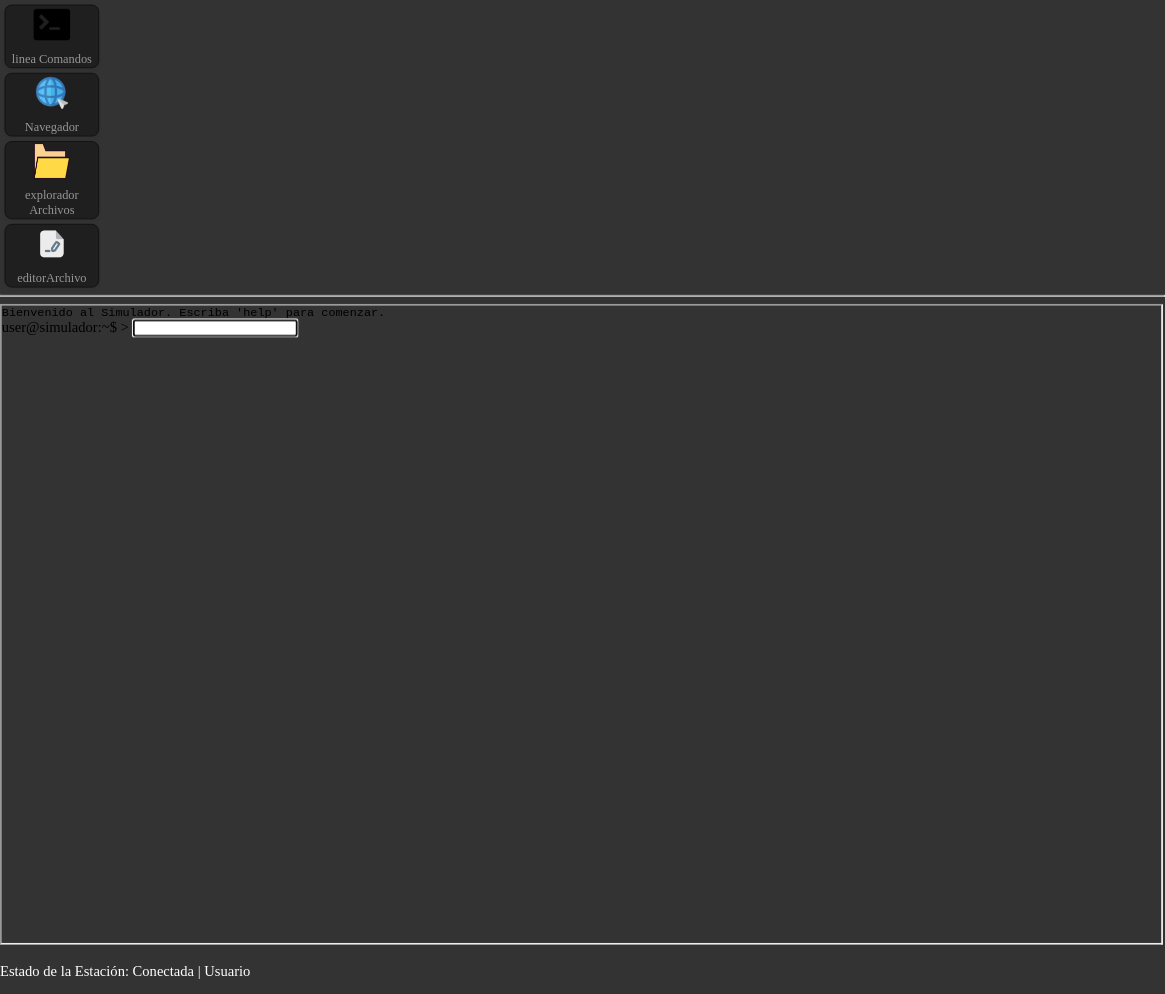
Repository: ValdezGalia/ProgramacionWebUcab
Page: lan-01.html
The author's editor kept a copy of each file at every save. The page is drawn from the files as they stood at one save, then again after the next save.
The browser window is 1280 px wide. The pictures show the whole page, at 91% of full size.

Above is the page before, as saved 2025-11-13 16:44:11.

### lan-01.html
<!DOCTYPE html>
<html lang="es">

<head>
    <meta charset="UTF-8">
    <meta name="viewport" content="width=device-width, initial-scale=1.0">
    <meta name="author" content="Orlando Valdez / Jenry Youssef / Oscar Torres">
    <link rel="stylesheet" href="/style/lan-01.css">
    <title>NetOps Workstation: Estación de Trabajo</title>
</head>

<body>
    <main id="workstation-container">

        <nav id="app-navigation" aria-label="Aplicaciones de la estación de trabajo">
            <ul id="app-list">
                <li><a href="#" data-tool="lineaComandos"><img src="assets/img/terminal.png" class="app-icon" alt="lineaComandos"><span>linea Comandos</span></a></li>
                <li><a href="#" data-tool="navegador"><img src="assets/img/navweb.png" class="app-icon" alt="Navegador"><span>Navegador</span></a></li>
                <li><a href="#" data-tool="exploradorArchivos"><img src="assets/img/exploarch.png" class="app-icon" alt="exploradorArchivos"><span>explorador Archivos</span></a></li>
                <li><a href="#" data-tool="editorArchivo"><img src="assets/img/editArchivo.png" class="app-icon" alt="editorArchivo"><span>editorArchivo</span></a></li>
            </ul>
        </nav>

        <hr>
        <!-- Contenedor de herramientas de forma dinamica y sostenible -->
        <section id="application-display">
            <iframe id="tool-iframe" src="pages/lineaComandos.html" sandbox="allow-scripts allow-same-origin"
                title="Aplicación interactiva" width="99.5%" height="700px"></iframe>
        </section>

    </main>

    <footer aria-label="Estado y Diagnóstico">
        <p>Estado de la Estación: Conectada | <span class="user">Usuario</span></p>
    </footer>

    <script>
        document.addEventListener('DOMContentLoaded', () => {
            const iframe = document.getElementById('tool-iframe');
            const navLinks = document.querySelectorAll('#app-list a');

            navLinks.forEach(link => {
                link.addEventListener('click', (event) => {
                    debugger
                    event.preventDefault();

                    const toolName = event.target.dataset.tool;
                    const newSrc = `pages/${toolName}.html`;

                    iframe.src = newSrc;

                    /*Esto aun no hace nada ya que aun no se implementa la logica que distige la clase active*/
                    navLinks.forEach(navLink => navLink.classList.remove('active'));
                    event.target.classList.add('active');
                });
            });
        });
    </script>

</body>

</html>

### style/lan-01.css
html, body{
    padding: 0px;
    margin: 0px;
    background-color: #333;
    color: white
}

nav ul{
    margin: 0;
    padding: 0;
}

nav ul li{
    list-style: none;
}

nav ul li a {
    display: flex;
    flex-direction: column;
    justify-content: center;
    align-items: center;
    text-decoration: none;
    color: #979797;
    background-color: #1f1f1f;
    padding: 1px;
    margin: 5px;
    border: 1px solid #111111;
    border-radius: 8px;
    box-shadow: 0 2px 4px rgba(0, 0, 0, 0.05);
    transition: all 0.2s ease;
    width: 100px;
    text-align: center;
}

nav ul li a .app-icon {
    width: 40px;
    height: 40px;
    margin-bottom: 5px;
    border: none;
}

nav ul li a span {
    font-size: 0.85em;
    font-weight: 500;
    margin-top: 5px;
    color: #979797;
}

nav ul li a:hover {
    background-color: #e0e0e0;
    border-color: #a0a0a0;
    box-shadow: 0 4px 8px rgba(0, 0, 0, 0.1);
    transform: scale(1.02);
}

### pages/lineaComandos.html
<!DOCTYPE html>
<html lang="es">
<head>
    <meta charset="UTF-8">
    <meta name="viewport" content="width=device-width, initial-scale=1.0">
    <meta name="description" content="Un linea de comandos (CLI) basada en diseño de la de linux">
    <link rel="stylesheet" href="/style/commandline.css">
    <title>Linea de comandos</title>
</head>
<body>
    <div id="terminal-window">
        <pre id="terminal-output">Bienvenido al Simulador. Escriba 'help' para comenzar.</pre>

        <div id="command-line">
            <span id="prompt">user@simulador:~$ > </span>
            <input type="text" id="command-input" autofocus>
        </div>
    </div>
</body>
</html>

### style/commandline.css
* {
    margin: 0px;
    padding: 0px;
}

html, body{
    margin: 0;
    padding: 0;
    width: 100%;
    height: 100%;
    overflow: hidden;
    background-color: #333;
}

textarea{
    display: block;
    display: block;
    width: 100%;
    height: 100%;
    box-sizing: border-box;
    border: none;
    outline: none;
    resize: none;
    font-family: monospace;
    padding: 10px;
    background-color: #2036;
    color: white;
}

After the next save:
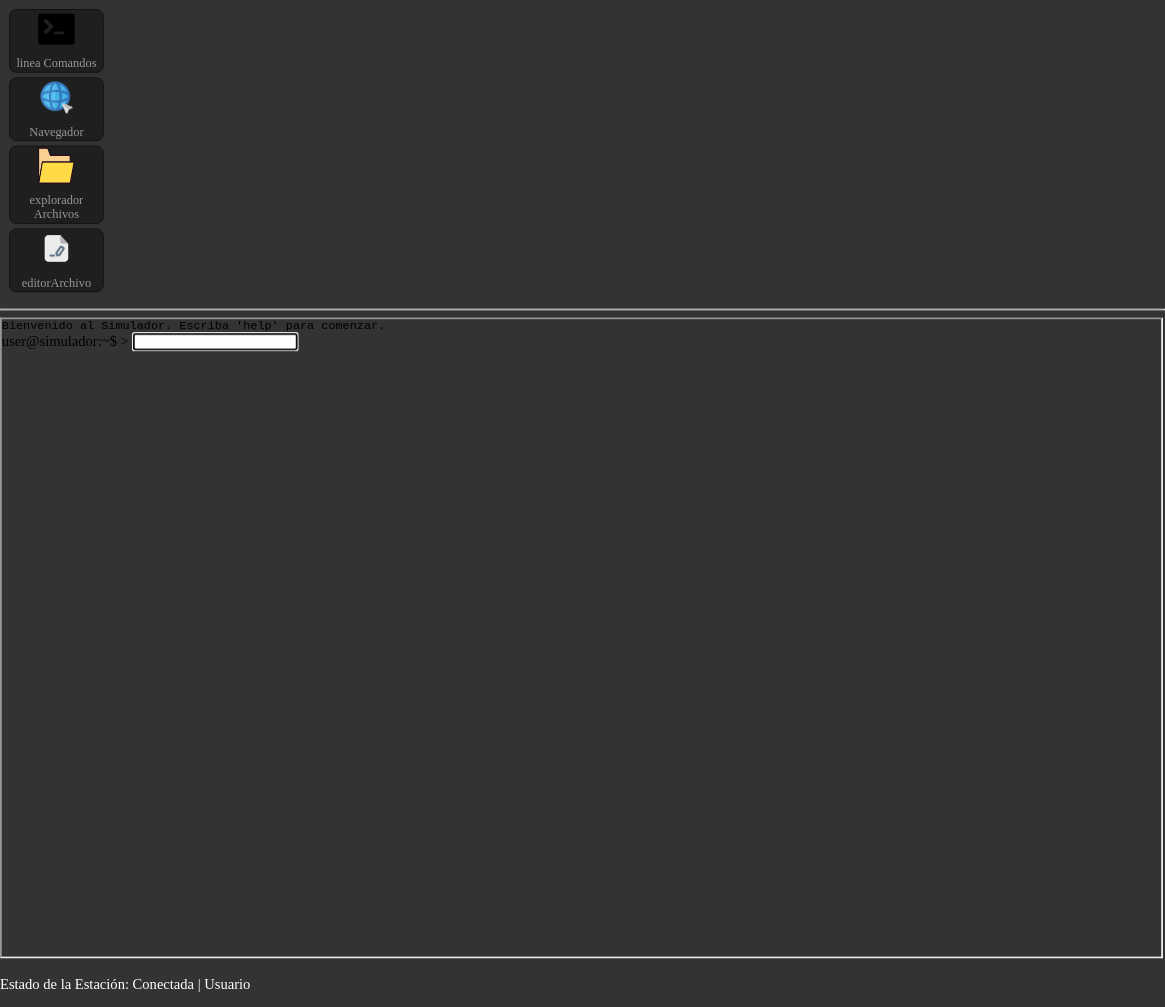
Saved 14 s later.
--- a/style/lan-01.css
+++ b/style/lan-01.css
@@ -7,7 +7,7 @@ html, body{
 
 nav ul{
     margin: 0;
-    padding: 0;
+    padding: 5px;
 }
 
 nav ul li{
